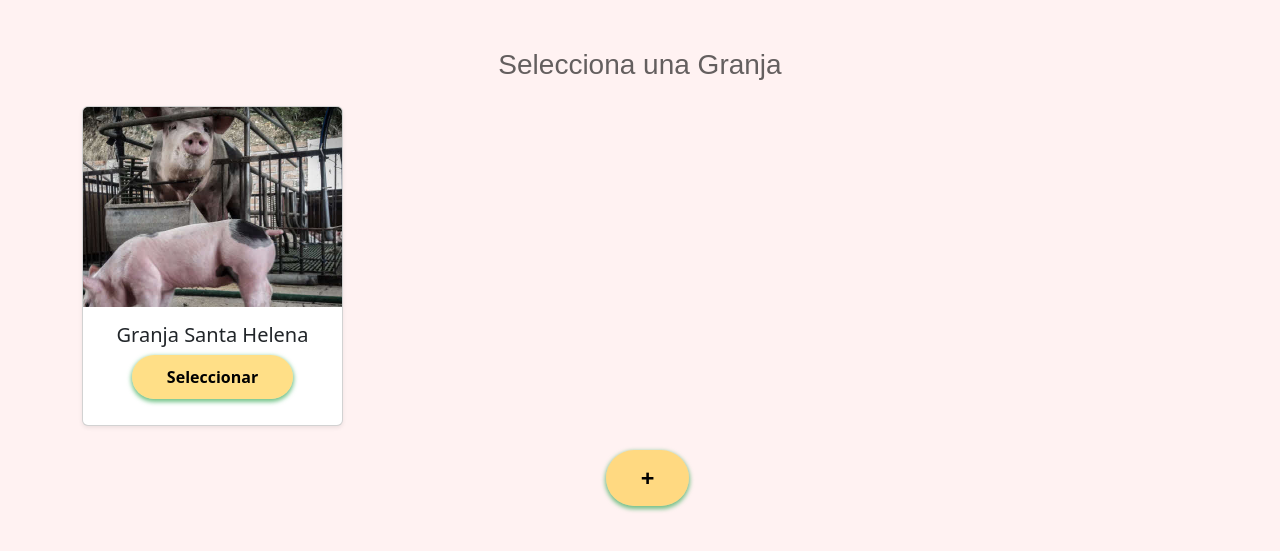
Repository: Mateojimenezz/Granja-Santa-Helena
Page: seleccionarGranja.html
These files come from the project's save history. The page is drawn as it stood at one moment and after the next save; the edit follows.
The browser window is 1280 px wide. The pictures show the whole page.
Some web fonts or font styles are not loaded; a fallback is used.

Above is the page before, as saved 2025-05-13 11:57:18.

After the next save:
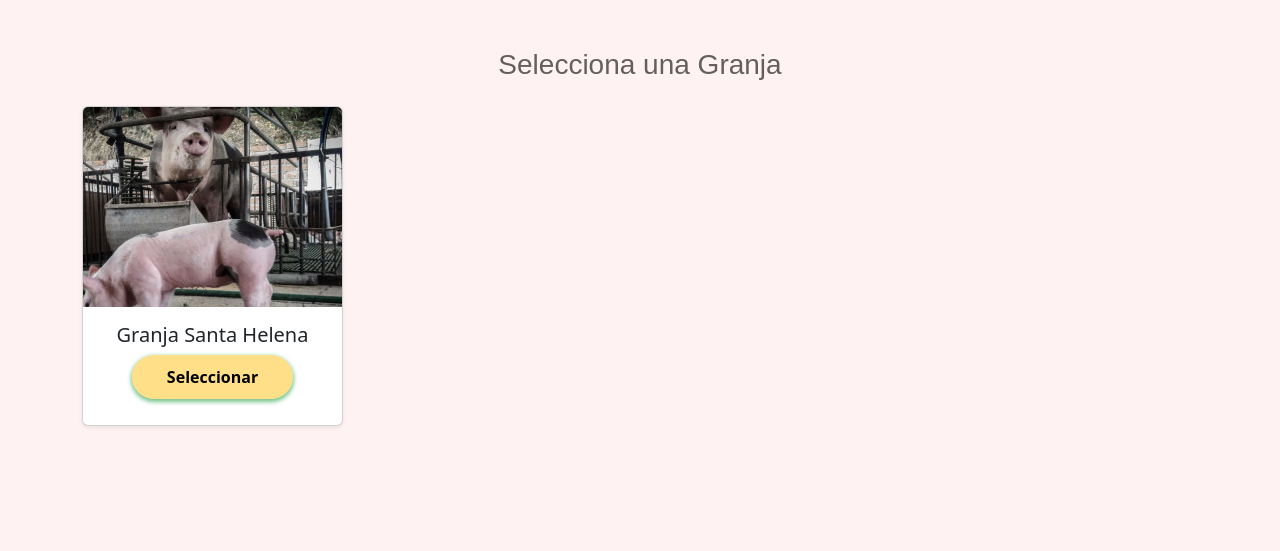
Saved 73 s later.
--- a/seleccionarGranja.html
+++ b/seleccionarGranja.html
@@ -30,10 +30,7 @@
             <!-- Aquí se agregarán las granjas dinámicamente -->
         </div>
 
-        <!-- Botón para ir a la página de agregar nueva granja -->
-        <div class="text-center mt-4">
-            <a href="agregarGranja.html" id="agregar-granja" class="btn btn-form"> + </a>
-        </div>
+
     </div>
 
 
